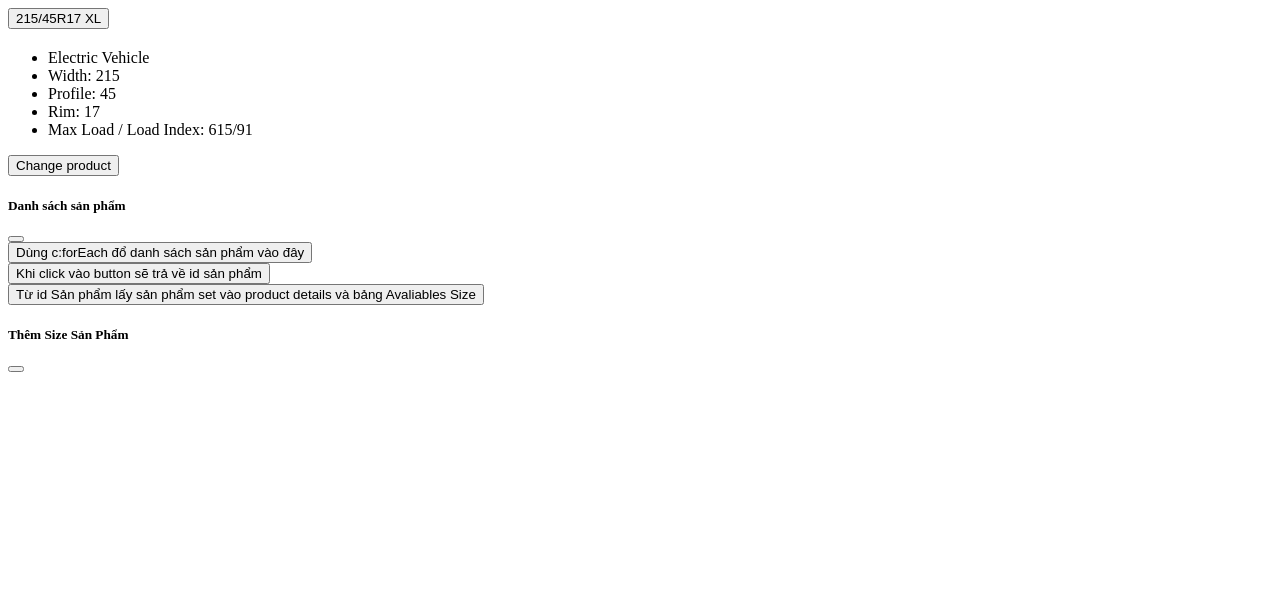
Repository: TrungAug/JAVA4
Page: myWeb/huhu.html
These files come from the project's save history. The page is drawn as it stood at one moment and after the next save; the edit follows.
The browser window is 1280 px wide. The pictures show the whole page.

Above is the page before, as saved 2023-11-16 10:16:23.

### myWeb/huhu.html
<div id="accordion__size__detail__product__subsize" class="mb-3 text-black">
    <div class="accordion" id="accordionPanelsHanKookSizeDetailProductSubSize">
        <div class="accordion-item">
            <h2 class="accordion-header">
                <button class="accordion-button" type="button" data-bs-toggle="collapse"
                    data-bs-target="#accordionTyreVehicleSubSize" aria-expanded="true"
                    aria-controls="accordionTyreVehicleSubSize">
                    215/45R17 XL
                </button>
            </h2>
            <div id="accordionTyreVehicleSubSize" class="accordion-collapse collapse show"
                data-bs-parent="#accordionPanelsHanKookSizeDetailProductSubSize">
                <ul class="list-group">
                    <li class="list-group-item d-flex justify-content-between align-items-center">
                        Electric Vehicle
                    </li>
                    <li class="list-group-item d-flex justify-content-between align-items-center">
                        <span class="dt">Width: </span> <span class="dd">215</span>
                    </li>
                    <li class="list-group-item d-flex justify-content-between align-items-center">
                        <span class="dt">Profile: </span> <span class="dd">45</span>
                    </li>
                    <li class="list-group-item d-flex justify-content-between align-items-center">
                        <span class="dt">Rim: </span> <span class="dd">17</span>
                    </li>
                    <li class="list-group-item d-flex justify-content-between align-items-center">
                        <span class="dt">Max Load / Load Index: </span> <span class="dd">615/91</span>
                    </li>
                </ul>
            </div>
        </div>
    </div>
</div>



<button type="button" class="btn btn-primary" data-bs-toggle="modal" data-bs-target="#editorChangeProductModal">
    Change product
</button>
<!-- Modal Trang Editor cho nút Change Product-->
<div class="modal fade" id="editorChangeProductModal" tabindex="-1" aria-labelledby="editorChangeProductModalLabel"
    aria-hidden="true">
    <div class="modal-dialog modal-lg">
        <div class="modal-content">
            <div class="modal-header">
                <h5 class="modal-title" id="editorChangeProductModalLabel">Danh sách sản phẩm</h5>
                <button type="button" class="btn-close" data-bs-dismiss="modal" aria-label="Close"></button>
            </div>
            <div class="modal-body">
                <div class="row">
                    <div class="col-lg-3 col-md-4 col-sm-6 mb-3">
                        <button class="btn btn-info">Dùng c:forEach đổ danh sách sản phẩm vào đây</button>
                    </div>
                    <div class="col-lg-3 col-md-4 col-sm-6 mb-3">
                        <button class="btn btn-info">Khi click vào button sẽ trả về id sản phẩm</button>
                    </div>
                    <div class="col-lg-3 col-md-4 col-sm-6 mb-3">
                        <button class="btn btn-info">Từ id Sản phẩm lấy sản phẩm set vào product details và bảng
                            Avaliables Size </button>
                    </div>
                </div>
            </div>
        </div>
    </div>
</div>


<!-- Modal Trang Editor cho nút AddSize-->
<div class="modal fade" id="editorAddSizeProductModal" tabindex="-1" aria-labelledby="editorAddSizeProductModalLabel"
    aria-hidden="true">
    <div class="modal-dialog modal-xl">
        <div class="modal-content">
            <div class="modal-header">
                <h5 class="modal-title text-info" id="editorAddSizeProductModalLabel">Thêm Size Sản Phẩm</h5>
                <button type="button" class="btn-close" data-bs-dismiss="modal" aria-label="Close"></button>
            </div>
            <div class="modal-body row d-flex justify-content-center">
                <form action="">
                    <div class="row">
                        <div class="col-md-6 col-sm-12">

                        </div>
                    </div>
                </form>
            </div>
        </div>
    </div>
</div>

After the next save:
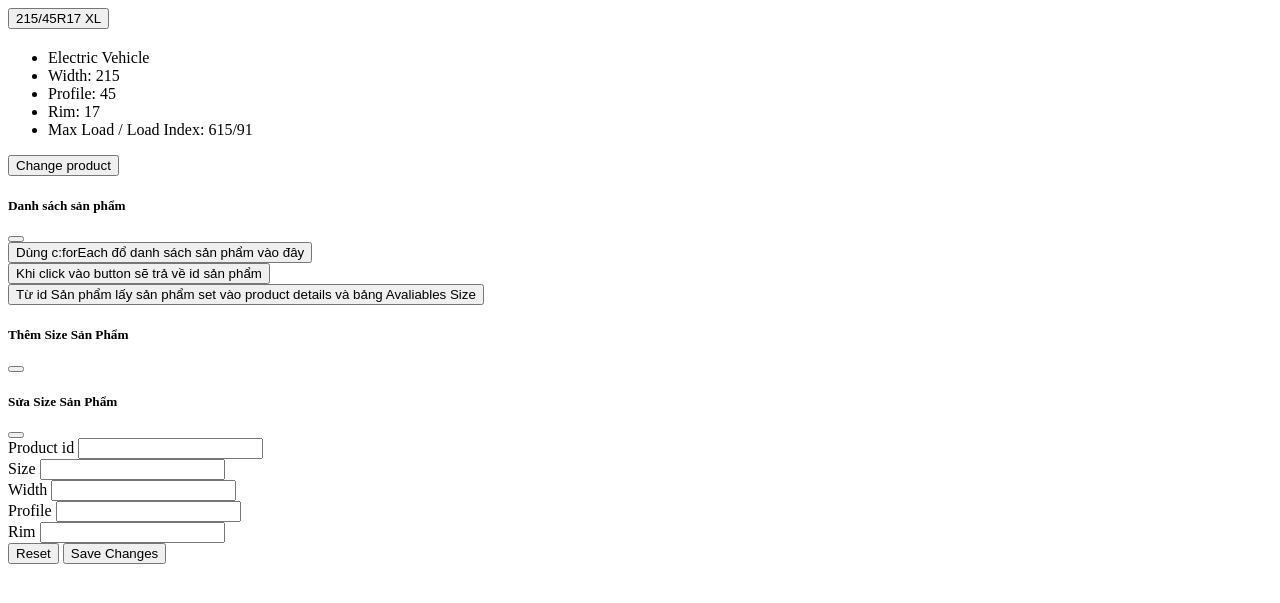
Saved 117 s later.
--- a/myWeb/huhu.html
+++ b/myWeb/huhu.html
@@ -86,3 +86,71 @@
         </div>
     </div>
 </div>
+
+
+
+<!-- Modal Trang Editor cho nút EditSize-->
+<div class="modal fade" id="editorEditSizeProductModal" tabindex="-1"
+aria-labelledby="editorEditSizeProductModalLabel" aria-hidden="true">
+<div class="modal-dialog modal-xl">
+    <div class="modal-content">
+        <div class="modal-header">
+            <h5 class="modal-title text-info" id="editorEditSizeProductModalLabel">Sửa Size Sản Phẩm</h5>
+            <button type="button" class="btn-close" data-bs-dismiss="modal" aria-label="Close"></button>
+        </div>
+        <div class="modal-body row d-flex justify-content-center">
+            <form action="">
+                <div class="row">
+                    <div class="col-md-6 col-sm-12">
+                        <div class="input-group mb-5">
+                            <span class="input-group-text" id="editorPage-EditSizeForm-productId-id">Product
+                                id</span>
+                            <input type="text" class="form-control" aria-label="Sizing example input"
+                                aria-describedby="editorPage-EditSizeForm-productId-id"
+                                name="editorPage-EditSizeForm-productId">
+                        </div>
+                    </div>
+                    <div class="col-md-6 col-sm-12">
+                        <div class="input-group mb-5">
+                            <span class="input-group-text" id="editorPage-EditSizeForm-size-id">Size</span>
+                            <input type="text" class="form-control" aria-label="Sizing example input"
+                                aria-describedby="editorPage-EditSizeForm-size-id"
+                                name="editorPage-EditSizeForm-size">
+                        </div>
+                    </div>
+                    <div class="col-md-6 col-sm-12">
+                        <div class="input-group mb-5">
+                            <span class="input-group-text" id="editorPage-EditSizeForm-width-id">Width</span>
+                            <input type="text" class="form-control" aria-label="Sizing example input"
+                                aria-describedby="editorPage-EditSizeForm-width-id"
+                                name="editorPage-EditSizeForm-width">
+                        </div>
+                    </div>
+                    <div class="col-md-6 col-sm-12">
+                        <div class="input-group mb-5">
+                            <span class="input-group-text" id="editorPage-EditSizeForm-profile-id">Profile</span>
+                            <input type="text" class="form-control" aria-label="Sizing example input"
+                                aria-describedby="editorPage-EditSizeForm-profile-id"
+                                name="editorPage-EditSizeForm-profile">
+                        </div>
+                    </div>
+                    <div class="col-md-6 col-sm-12">
+                        <div class="input-group mb-5">
+                            <span class="input-group-text" id="editorPage-EditSizeForm-rim-id">Rim</span>
+                            <input type="text" class="form-control" aria-label="Sizing example input"
+                                aria-describedby="editorPage-EditSizeForm-rim-id"
+                                name="editorPage-EditSizeForm-rim">
+                        </div>
+                    </div>
+                </div>
+                <div class="row">
+                    <div class="input-group mb-3 d-flex justify-content-end">
+                        <button class="btn btn-outline-info" type="button">Reset</button>
+                        <button class="btn btn-outline-info" type="button">Save Changes</button>
+                    </div>
+                </div>
+            </form>
+        </div>
+    </div>
+</div>
+</div>
